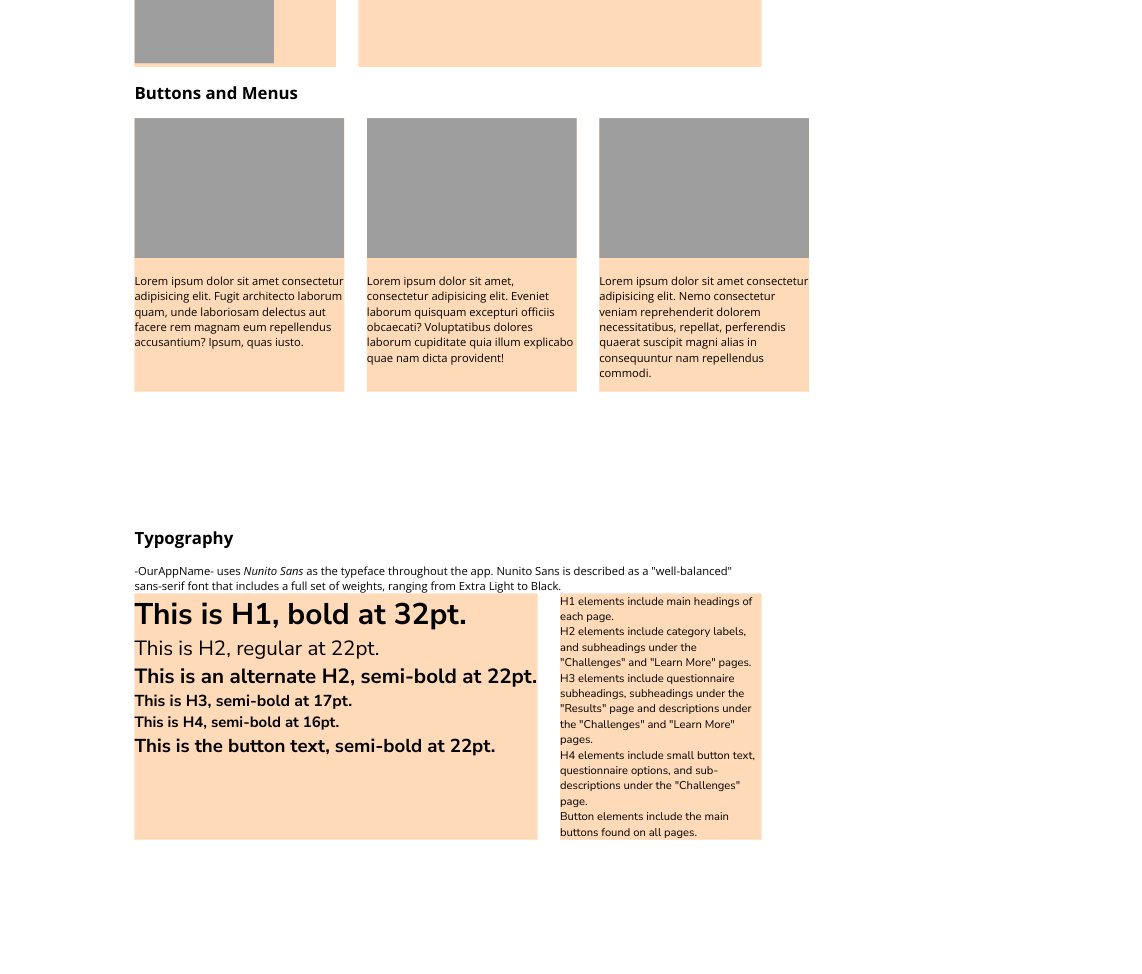
Repository: seohyun9672/Timearth-A6Styleguide
Page: page2.html
These files come from the project's save history. The page is drawn as it stood at one moment and after the next save; the edit follows.
The browser window is 1280 px wide. The page is 1632 px wide, so the pictures cover 1632 px, including what lies to the right of the window. The pictures show the part of the page from y = 1064 to 2584 px (the page is 2456 px tall before and 2584 px after), at 70% of full size.
Pictures or frames that could not be fetched are drawn as grey boxes.

Above is the page before, as saved 2022-03-20 20:07:26.

### page2.html
<!DOCTYPE html>
<html lang="en">
  <head>
    <meta charset="UTF-8" />
    <meta http-equiv="X-UA-Compatible" content="IE=edge" />
    <meta name="viewport" content="width=device-width, initial-scale=1.0" />
    <title>Document</title>
    <link rel="stylesheet" href="stylesheet.css" />
  </head>

  <body>
    <ul class="navbar">
      <li><a href="/page1.html">App Name</a></li>
      <div class="navbar-active">
        <li><a href="/page1.html">Logo</a></li>
        <li><a href="/page2.html">Colour & Typography</a></li>
        <li><a href="/page3.html">Imagery & Graphics</a></li>
        <li><a href="/ref.html">Reference</a></li>
      </div>
    </ul>
    <section class="color-palette page2">
      <h1>Color Palette</h1>
      <img class="palette" src="https://placekitten.com/1440/100" />
      <div>
        <h2>Description of colour palette</h2>
        <p>
          Lorem ipsum dolor sit amet, consectetur adipisicing elit. Culpa neque
          mollitia quae asperiores ad odit vitae iste minima totam harum
          distinctio qui beatae ea ut et adipisci, excepturi at iusto
          reprehenderit reiciendis fugit fuga nisi. Eligendi ut magni adipisci
          nulla architecto reprehenderit? Nemo eos accusamus optio nobis
          distinctio veritatis eius.
        </p>
      </div>
      <div></div>
      <div class="col-2">
        <div class="col">
          <img src="https://placekitten.com/200/600" />
        </div>
        <div class="col">Lorem ipsum dolor sit amet consectetur adipisicing elit. Corrupti laudantium illo iure alias recusandae accusamus reiciendis consequatur aliquid sint veritatis modi dolores, eveniet porro tempore similique aspernatur. Quas, hic quo sed necessitatibus illum suscipit molestiae consequuntur sit provident nobis ullam repellat obcaecati ipsa quos in cumque mollitia eius ratione facilis ut libero laboriosam tempora eum sint! Nisi sapiente veritatis ad iure esse magni reprehenderit odio non perferendis, sed recusandae beatae corporis quasi ipsam assumenda unde!</div>
      </div>
      <h2>Buttons and Menus</h2>
      <div class="col-3">
        <div class="col">
          <img src="https://placekitten.com/300/200" />
          <p>
            Lorem ipsum dolor sit amet consectetur adipisicing elit. Fugit
            architecto laborum quam, unde laboriosam delectus aut facere rem
            magnam eum repellendus accusantium? Ipsum, quas iusto.
          </p>
        </div>
        <div class="col">
          <img src="https://placekitten.com/300/200" />
          <p>
            Lorem ipsum dolor sit amet, consectetur adipisicing elit. Eveniet
            laborum quisquam excepturi officiis obcaecati? Voluptatibus dolores
            laborum cupiditate quia illum explicabo quae nam dicta provident!
          </p>
        </div>
        <div class="col">
          <img src="https://placekitten.com/300/200" />
          <p>
            Lorem ipsum dolor sit amet consectetur adipisicing elit. Nemo
            consectetur veniam reprehenderit dolorem necessitatibus, repellat,
            perferendis quaerat suscipit magni alias in consequuntur nam
            repellendus commodi.
          </p>
        </div>
      </div>
    </section>
    <section class="typo page2">
      <h1>Typography</h1>
      <div>
        -OurAppName- uses <em>Nunito Sans</em> as the typeface throughout the
        app. Nunito Sans is described as a "well-balanced" sans-serif font that includes a full set of weights, ranging from Extra Light to Black.
      </div>
      <div class="col-2-font">
        <div class="col nunito example">
            <div class="nh1">This is H1, bold at 32pt.</div>

            <div class="nh2">This is H2, regular at 22pt.</div>

            <div class="nh2-2">This is an alternate H2, semi-bold at 22pt.</div>

            <div class="nh3">This is H3, semi-bold at 17pt.</div>

            <div class="nh4">This is H4, semi-bold at 16pt.</div>

            <div class="nbtn">This is the button text, semi-bold at 22pt.</div>
        </div>
        <div class="col nunito">
          H1 elements include main headings of each page. <br>
          H2 elements include category labels, and subheadings under the "Challenges" and "Learn More" pages.<br>
          H3 elements include questionnaire subheadings, subheadings under the "Results" page and descriptions under the "Challenges" and "Learn More" pages. <br>
          H4 elements include small button text, questionnaire options, and sub-descriptions under the "Challenges" page. <br>
          Button elements include the main buttons found on all pages. <br>
        </div>
      </div>
    </section>
  </body>
</html>

### stylesheet.css
/* import fonts */
@import url('https://fonts.googleapis.com/css2?family=Nunito+Sans:ital,wght@0,200;0,300;0,400;0,600;0,700;0,800;0,900;1,200;1,300;1,400;1,600;1,700;1,800;1,900&family=Open+Sans:ital,wght@0,300;0,400;0,500;0,600;0,700;0,800;1,300;1,400;1,500;1,600;1,700;1,800&display=swap');

body{
    margin: 0;
    font-family: 'open sans', san-serif;
  }

/* NAVBAR */

ul {
  list-style-type: none;
  margin: 0;
  padding: 0;
  overflow: hidden;
  background-color: #333;
}

li {
  float: left;
}

li a {
  display: block;
  color: white;
  text-align: center;
  padding: 14px 16px;
  text-decoration: none;
}

li a:hover {
  background-color: #111;
}

.navbar-active{
    float: right;
}

/* LOGO */

.section-logo {
    display: flex;
    flex-direction: column;
    justify-content: flex-start;
    align-items: center;
}

.logo-description {
    display: flex;
}
.logo-variation {
    display: flex;
    justify-content: space-evenly;
}

.logo-colourpalette {
    display: flex;
    width: 100%;
    justify-content: space-between;
}

.section-cont {
    width: 940px;
}
.colour-cont {
    display: flex;
    flex-direction: column;
}
.colour-name {
    font-weight: bold;
}

.logo-typography {
    display: flex;
}

.logo-usage {
    display: flex;
    flex-direction: column;
}

.logo-usage-desc {
    display: flex;
}

.section-cont colour {
    display: flex;
}

/* page 2 */

.page2 {
    margin:12em;
}
.col-3 {
    display:grid;
    grid-template-columns: 1fr 1fr 1fr;
    grid-gap:2em;
}
.col-2 {
    display:grid;
    grid-template-columns: 1fr 2fr;
    grid-gap:2em;
}
.col-2-font {
    display:grid;
    grid-template-columns: 2fr 1fr;
    grid-gap:2em;
}
.col {
    background-color:peachpuff;
}
.nunito {
    font-family: 'nunito sans', Arial, Helvetica, sans-serif;
}
.nh1 {
    font-weight: bold;
    font-size:32pt;
}
.nh2 {
    font-size:22pt;
}
.nh2-2 {
    font-size:22pt;
    font-weight:bolder;
}
.nh3 {
    font-size:17pt;
    font-weight:bolder;
}
.nh4 {
    font-size:16pt;
    font-weight:bolder;
}
.nbtn {
    font-size:20pt;
    font-weight:bolder;
}

After the next save:
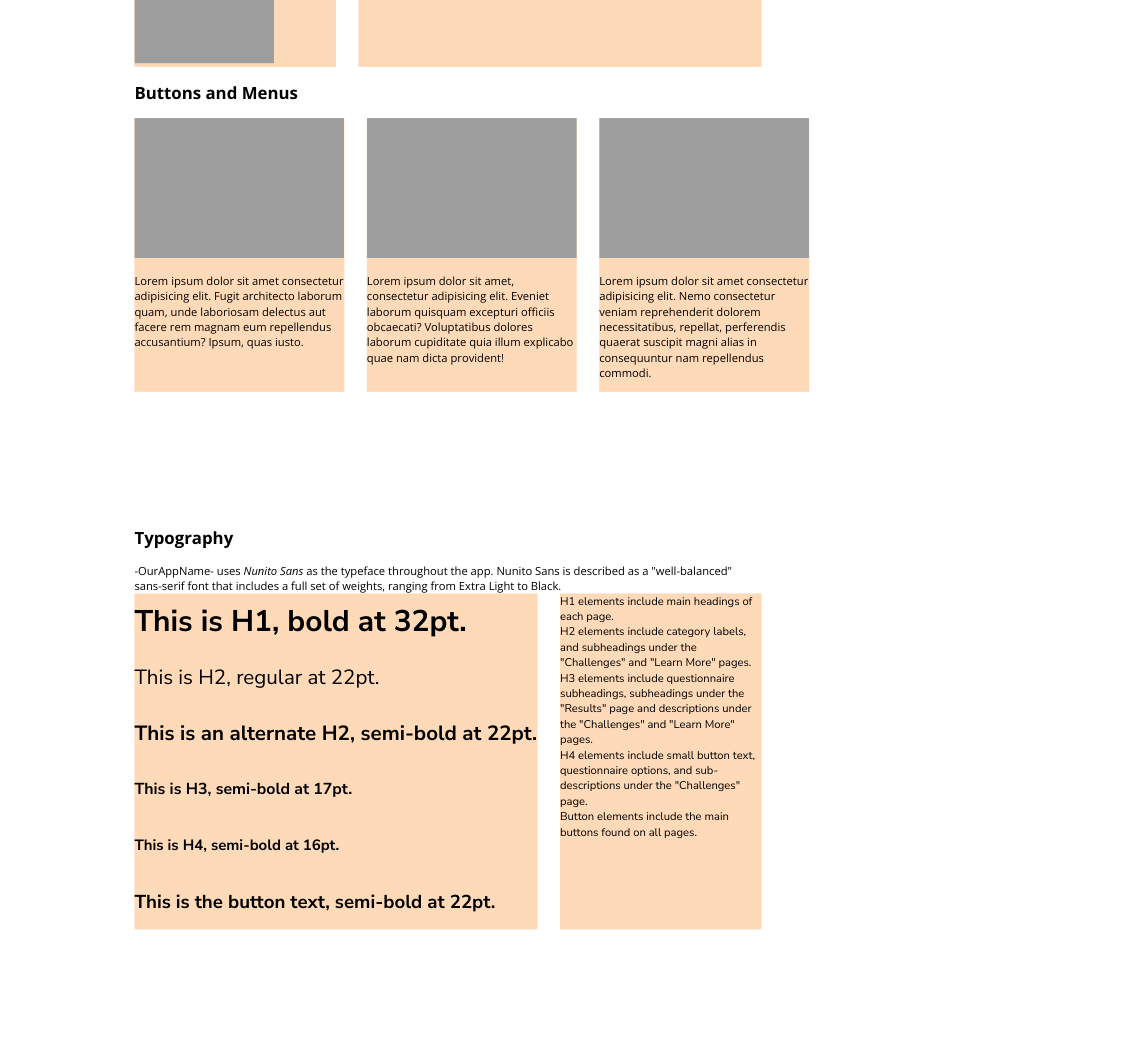
Saved 10 s later.
--- a/stylesheet.css
+++ b/stylesheet.css
@@ -136,3 +136,6 @@ li a:hover {
     font-size:20pt;
     font-weight:bolder;
 }
+.example {
+    line-height:5em;
+}
